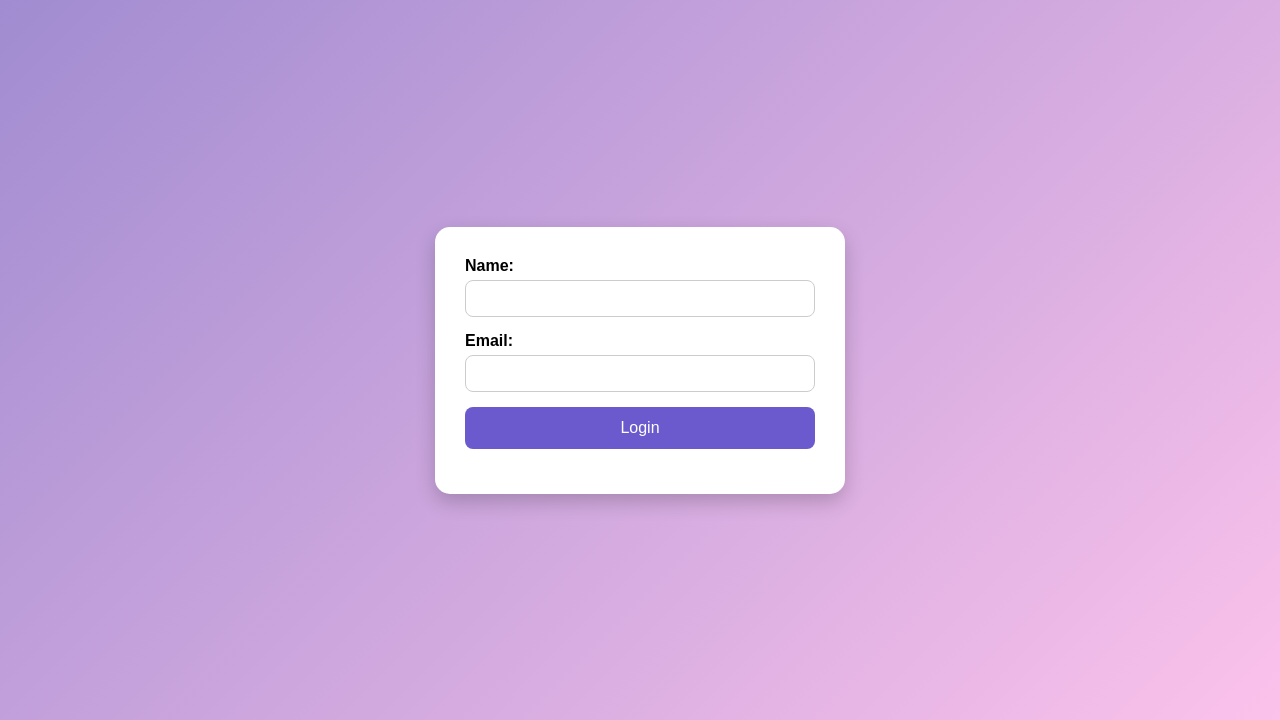
Repository: Leangheng-huge/frontend-proposal_web
Page: index.html
An editor plug-in stored every save of this project. The page is shown before and after the next save, followed by the edit.
The browser window is 1280 px wide. The pictures show the whole page.

Above is the page before, as saved 2025-11-14 23:27:40.

After the next save:
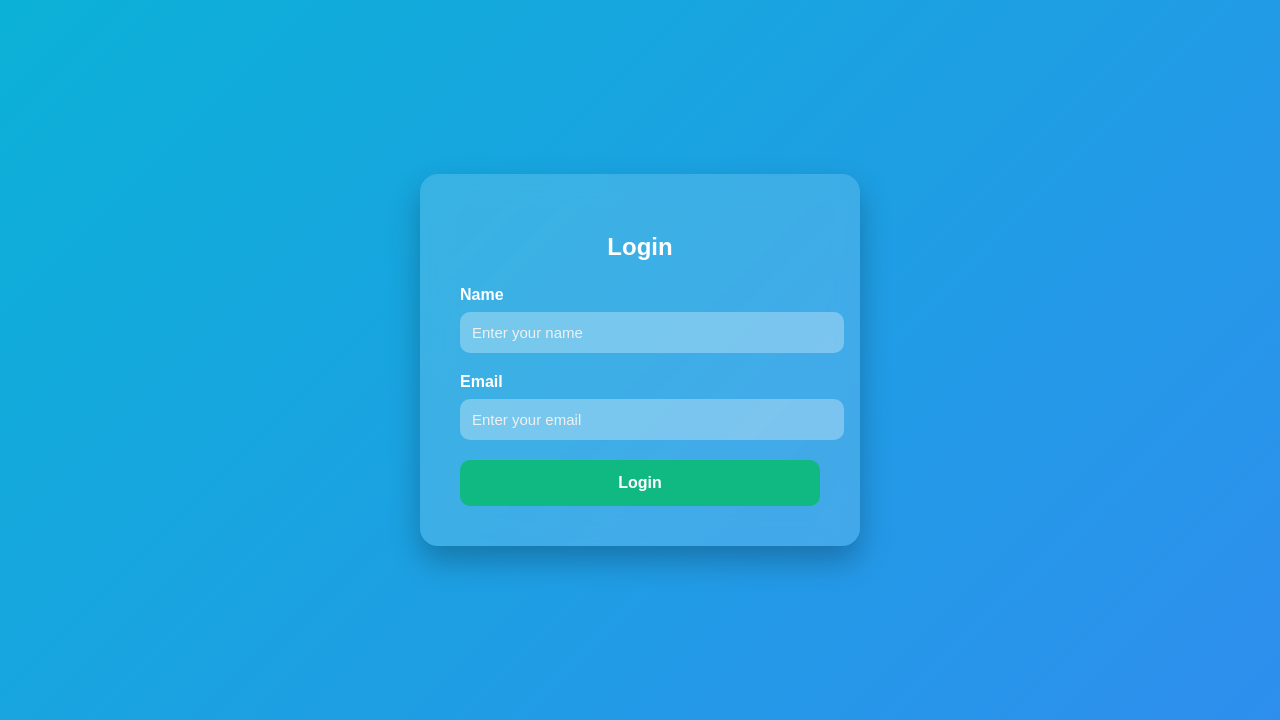
Saved 32 s later.
--- a/index.html
+++ b/index.html
@@ -3,80 +3,101 @@
 <head>
     <meta charset="UTF-8">
     <meta name="viewport" content="width=device-width, initial-scale=1.0">
-    <title>website</title>
+    <title>Modern Form</title>
 
     <style>
         body {
-            font-family: Arial, sans-serif;
             margin: 0;
             height: 100vh;
             display: flex;
             justify-content: center;
             align-items: center;
+            font-family: "Poppins", sans-serif;
 
-            /* BEAUTIFUL GRADIENT BACKGROUND */
-            background: linear-gradient(135deg, #a18cd1, #fbc2eb);
+            /* MODERN GRADIENT BACKGROUND */
+            background: linear-gradient(135deg, #4f46e5, #06b6d4, #3b82f6);
+            background-size: 300% 300%;
+            animation: bgAnimation 10s ease infinite;
         }
 
-        /* FORM CARD */
+        @keyframes bgAnimation {
+            0% { background-position: 0% 50%; }
+            50% { background-position: 100% 50%; }
+            100% { background-position: 0% 50%; }
+        }
+
+        /* MODERN GLASS FORM */
         form {
-            background: white;
-            padding: 30px;
-            border-radius: 15px;
-            box-shadow: 0px 8px 20px rgba(0,0,0,0.2);
-            width: 350px;
+            background: rgba(255, 255, 255, 0.15);
+            backdrop-filter: blur(12px);
+            border-radius: 18px;
+            padding: 40px;
+            width: 360px;
+            box-shadow: 0px 15px 30px rgba(0,0,0,0.25);
+
+            color: white;
         }
 
         form div {
-            margin-bottom: 15px;
+            margin-bottom: 20px;
         }
 
         label {
+            font-weight: 600;
+            margin-bottom: 8px;
             display: block;
-            margin-bottom: 5px;
-            font-weight: bold;
         }
 
         input {
-            padding: 10px;
             width: 100%;
-            border: 1px solid #ccc;
-            border-radius: 8px;
-            box-sizing: border-box;
+            padding: 12px;
+            border-radius: 10px;
+            border: none;
+            outline: none;
+
+            background: rgba(255,255,255,0.3);
+            color: white;
+            font-size: 15px;
+        }
+
+        input::placeholder {
+            color: #f0f0f0;
         }
 
         button {
             width: 100%;
-            padding: 12px;
-            background-color: #6a5acd;
+            padding: 14px;
+            border-radius: 10px;
+            background: #10b981;
             color: white;
             border: none;
-            border-radius: 8px;
+            font-size: 16px;
+            font-weight: bold;
             cursor: pointer;
-            font-size: 16px;
+            transition: 0.3s;
         }
 
         button:hover {
-            background-color: #5a4acb;
+            background: #059669;
         }
     </style>
 </head>
 
 <body>
     <form>
+        <h2 style="text-align:center; margin-bottom:25px;">Login</h2>
+
         <div>
-            <label>Name:</label>
-            <input type="text" name="name">
+            <label>Name</label>
+            <input type="text" placeholder="Enter your name">
         </div>
 
         <div>
-            <label>Email:</label>
-            <input type="email" name="email">
+            <label>Email</label>
+            <input type="email" placeholder="Enter your email">
         </div>
 
-        <div>
-            <button type="submit">Login</button>
-        </div>
+        <button type="submit">Login</button>
     </form>
 </body>
 </html>
